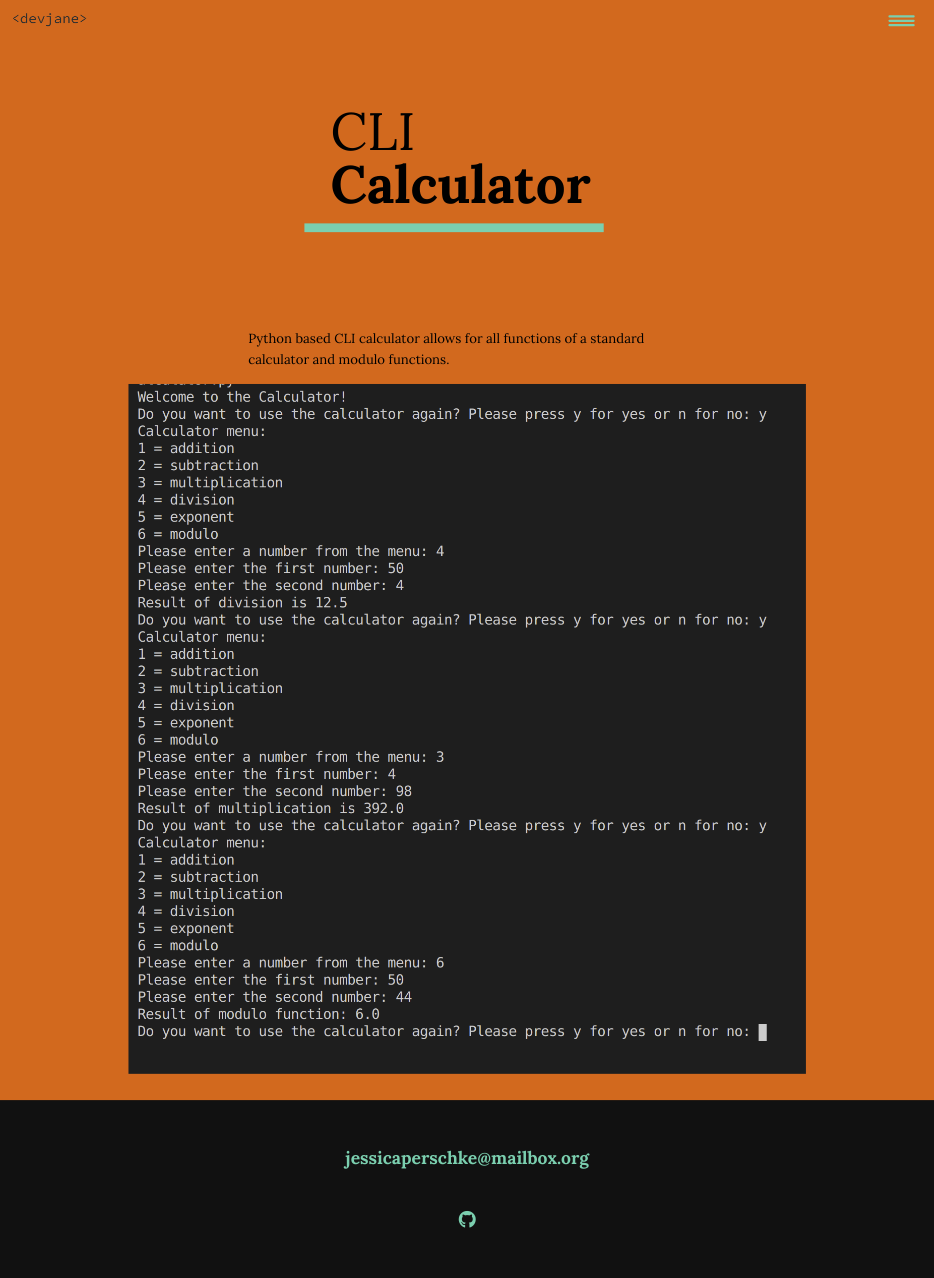
Repository: DinoDime/site
Page: portfolio-item3.html
The author's editor kept a copy of each file at every save. The page is drawn from the files as they stood at one save, then again after the next save.
The browser window is 1280 px wide. The pictures show the whole page, at 73% of full size.
Some web libraries are served in a nearby version.

Above is the page before, as saved 2021-05-03 10:47:52.

After the next save:
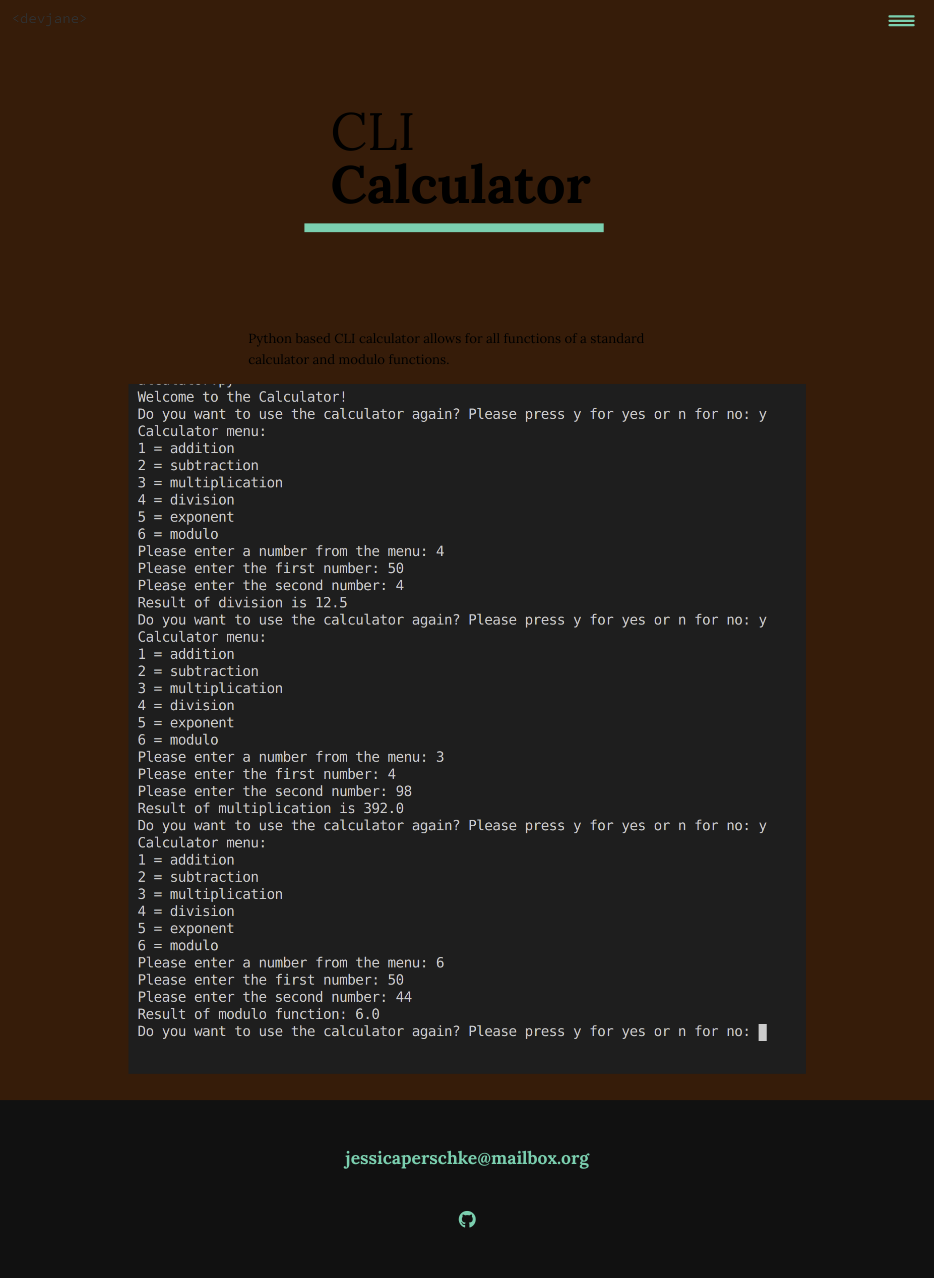
Saved 20 s later.
--- a/css/style.css
+++ b/css/style.css
@@ -13,7 +13,7 @@
   --fw-reg: 400;
   --fw-bold: 700;
 
-  --clr-light: chocolate;
+  --clr-light: rgb(54, 28, 9);
   --clr-dark: black;
   --clr-accent: rgb(123, 207, 175);
 
